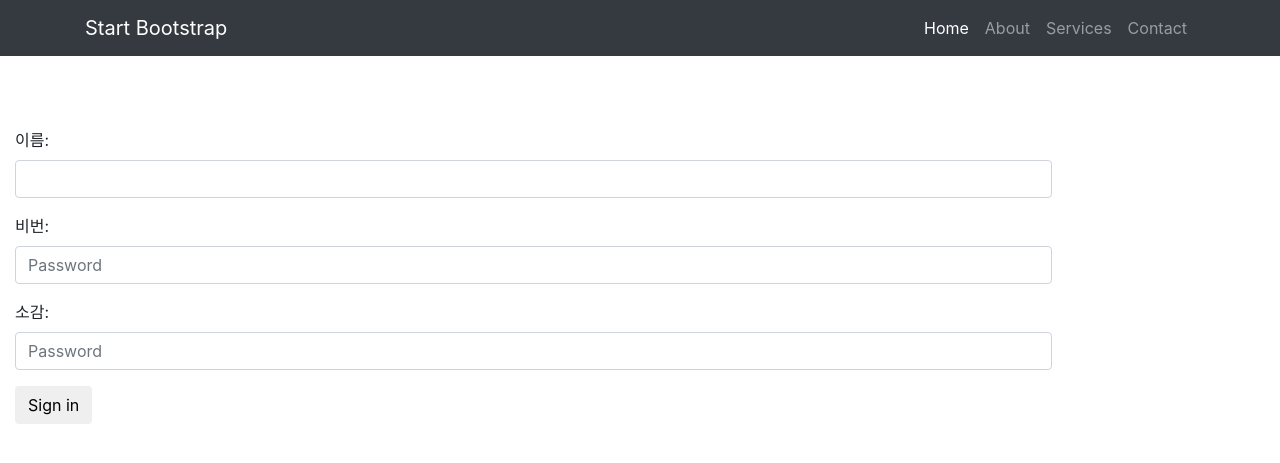
Repository: lukawitch/DB_Homework
Page: http://localhost/DB_Gallary/CwriteForm.jsp
These files come from the project's save history. The page is drawn as it stood at one moment and after the next save; the edit follows.
The browser window is 1280 px wide. The pictures show the whole page.
The page is served by Tomcat 9. Other server files are loaded and not shown.

Above is the page before, as saved 2018-06-10 03:33:16.

### DB_Gallary/WebContent/CwriteForm.jsp
<%@ page language="java" contentType="text/html; charset=EUC-KR"
    pageEncoding="EUC-KR"%>
<!DOCTYPE html PUBLIC "-//W3C//DTD HTML 4.01 Transitional//EN" "http://www.w3.org/TR/html4/loose.dtd">
<html>
<head>
 <%@include file="commom.jsp"%>
</head>
<body>
 <%@include file="nav.jsp"%>
 <br>
 <br>
 <br>
<form class="form-horizontal">
  <div class="form-group">
    <label for="inputEmail3" class="col-sm-2 control-label">이름:</label>
    <div class="col-sm-10">
      <input type="text" class="form-control" id="inputEmail3">
    </div>
  </div>
  <div class="form-group">
    <label for="inputPassword3" class="col-sm-2 control-label">비번:</label>
    <div class="col-sm-10">
      <input type="text" class="form-control" id="inputPassword3" placeholder="Password">
    </div>
  </div>
    <div class="form-group">
    <label for="inputPassword3" class="col-sm-2 control-label">소감:</label>
    <div class="col-sm-10">
      <input type="text" class="form-control" id="inputPassword3" placeholder="Password">
    </div>
  </div>

  <div class="form-group">
    <div class="col-sm-offset-2 col-sm-10">
      <button type="submit" class="btn btn-default">Sign in</button>
    </div>
  </div>
</form>
  <%@include file="footer.jsp"%>
</body>
</html>

### DB_Gallary/WebContent/commom.jsp
 <meta charset="utf-8">
    <meta name="viewport" content="width=device-width, initial-scale=1, shrink-to-fit=no">
    <meta name="description" content="">
    <meta name="author" content="">

    <title>Bare - Start Bootstrap Template</title>

    <!-- Bootstrap core CSS -->
    <link href="./bootstrap/vendor/bootstrap/css/bootstrap.min.css" rel="stylesheet">

    <!-- Custom styles for this template -->
    <style>
      body {
        padding-top: 54px;
      }
      @media (min-width: 992px) {
        body {
          padding-top: 56px;
        }
      }

    </style>

### DB_Gallary/WebContent/nav.jsp
 <!-- Navigation -->
    <nav class="navbar navbar-expand-lg navbar-dark bg-dark fixed-top">
      <div class="container">
        <a class="navbar-brand" href="#">Start Bootstrap</a>
        <button class="navbar-toggler" type="button" data-toggle="collapse" data-target="#navbarResponsive" aria-controls="navbarResponsive" aria-expanded="false" aria-label="Toggle navigation">
          <span class="navbar-toggler-icon"></span>
        </button>
        <div class="collapse navbar-collapse" id="navbarResponsive">
          <ul class="navbar-nav ml-auto">
            <li class="nav-item active">
              <a class="nav-link" href="#">Home
                <span class="sr-only">(current)</span>
              </a>
            </li>
            <li class="nav-item">
              <a class="nav-link" href="#">About</a>
            </li>
            <li class="nav-item">
              <a class="nav-link" href="#">Services</a>
            </li>
            <li class="nav-item">
              <a class="nav-link" href="#">Contact</a>
            </li>
          </ul>
        </div>
      </div>
    </nav>

### DB_Gallary/WebContent/footer.jsp

    <!-- Bootstrap core JavaScript -->
    <script src="./bootstrap/vendor/jquery/jquery.min.js"></script>
    <script src="./bootstrap/vendor/bootstrap/js/bootstrap.bundle.min.js"></script>

After the next save:
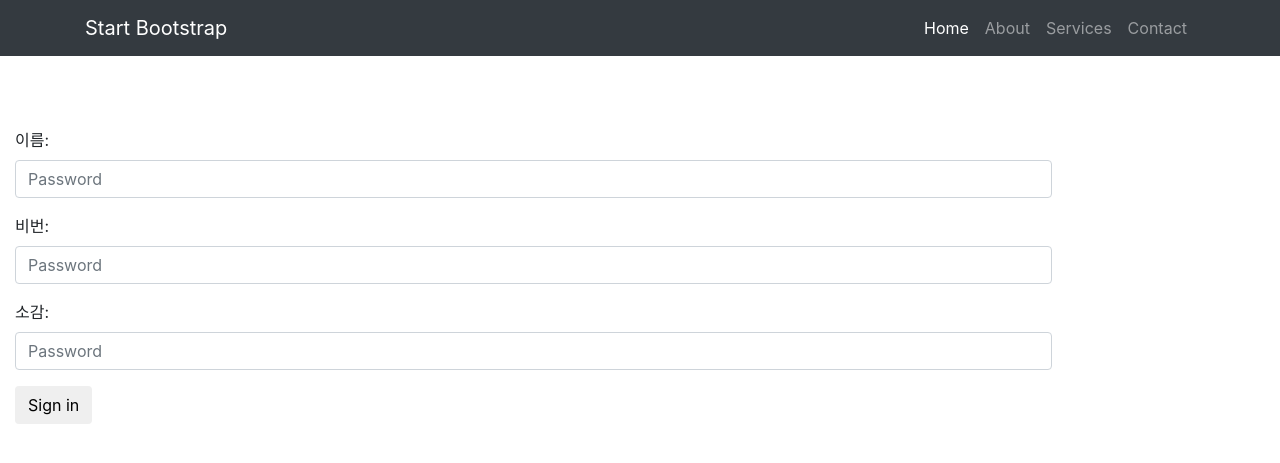
Saved 68 s later.
--- a/DB_Gallary/WebContent/CwriteForm.jsp
+++ b/DB_Gallary/WebContent/CwriteForm.jsp
@@ -14,19 +14,19 @@
   <div class="form-group">
     <label for="inputEmail3" class="col-sm-2 control-label">이름:</label>
     <div class="col-sm-10">
-      <input type="text" class="form-control" id="inputEmail3">
+      <input type="text" class="form-control"  placeholder="Password">
     </div>
   </div>
   <div class="form-group">
     <label for="inputPassword3" class="col-sm-2 control-label">비번:</label>
     <div class="col-sm-10">
-      <input type="text" class="form-control" id="inputPassword3" placeholder="Password">
+      <input type="text" class="form-control"  placeholder="Password">
     </div>
   </div>
     <div class="form-group">
     <label for="inputPassword3" class="col-sm-2 control-label">소감:</label>
     <div class="col-sm-10">
-      <input type="text" class="form-control" id="inputPassword3" placeholder="Password">
+      <input type="text" class="form-control"  placeholder="Password">
     </div>
   </div>
 
